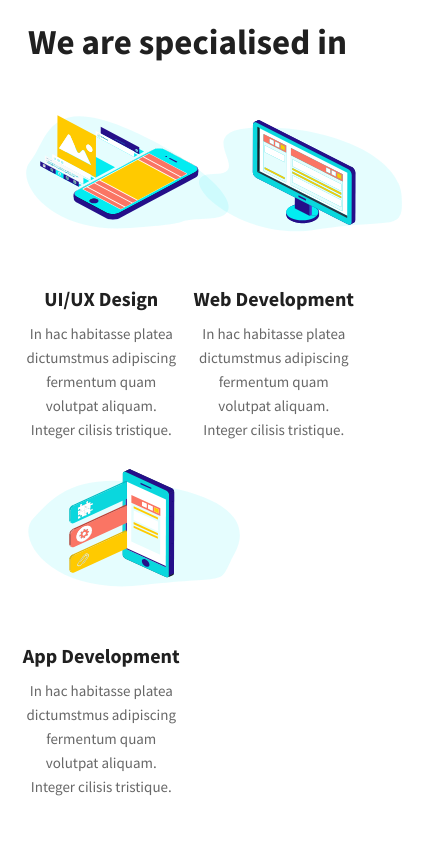
Repository: advert31337/marafon_from0to1_MartaUP
Page: index.html
An editor plug-in stored every save of this project. The page is shown before and after the next save, followed by the edit.
The browser window is 375 px wide. The page is 423 px wide, then 375 px, so the pictures cover 423 px, including what lies to the right of the window. The pictures show the part of the page from y = 580 to 1652 px (the page is 1439 px tall before and 1652 px after).

Above is the page before, as saved 2020-03-08 15:32:19.

After the next save:
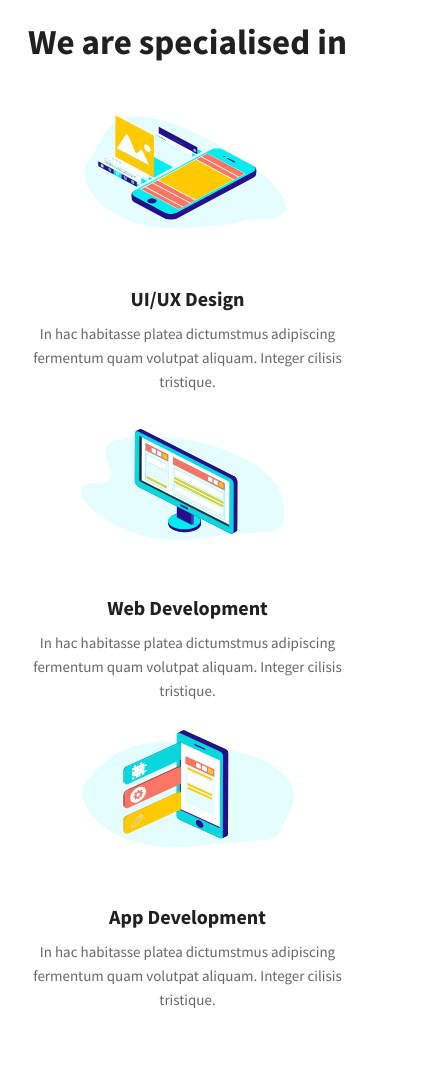
Saved 108 s later.
--- a/css/style.css
+++ b/css/style.css
@@ -456,6 +456,16 @@ a {
     }
 
 
+    .specialised__items{
+        display: block;
+    }
+
+    .specialised__item{
+        width: 100%;
+
+    }
+
+
 
 }
 
